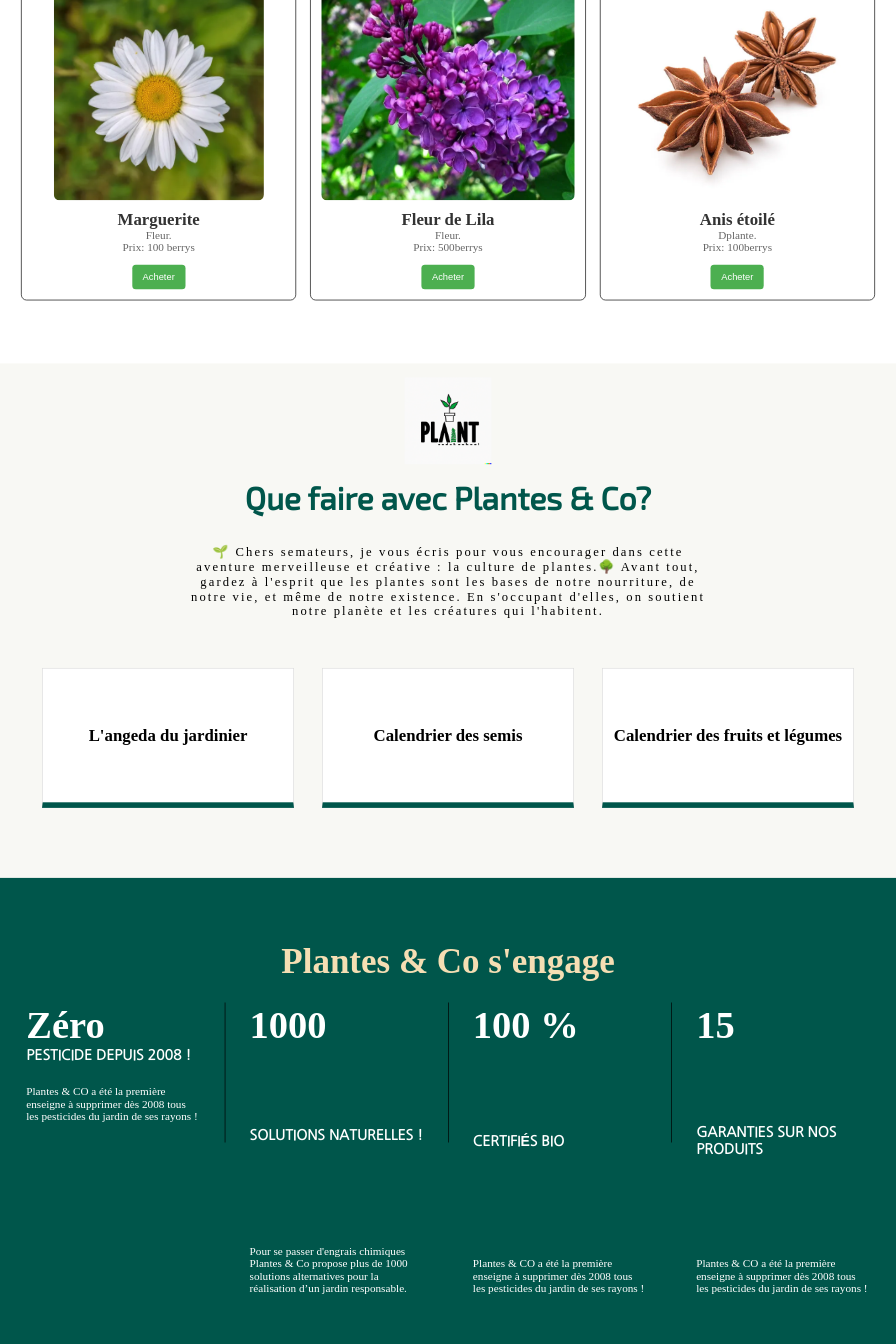
Repository: Flexo874/ISITECH-HTML-CSS
Page: index.html
An editor plug-in stored every save of this project. The page is shown before and after the next save, followed by the edit.
The browser window is 1280 px wide. The pictures show the part of the page from y = 1543 to 3463 px (the page is 3463 px tall), at 70% of full size.
Some web fonts or font styles are not loaded; a fallback is used.

Above is the page before, as saved 2024-01-03 16:53:51.

### index.html
<!DOCTYPE html>
<html>
<head>
    <title>Plantes & Co</title>
    <link rel="preconnect" href="https://fonts.googleapis.com">
<link rel="preconnect" href="https://fonts.gstatic.com" crossorigin>
<link href="https://fonts.googleapis.com/css2?family=Exo+2&family=Macondo&family=Nanum+Gothic&display=swap" rel="stylesheet">
     <link rel="stylesheet" type="text/css" href="./style.css">
     <link rel="stylesheet" type="text/css" href="./engagement.css">
     <link rel="stylesheet" type="text/css" href="./instructions.css">
     <link rel="preconnect" href="https://fonts.googleapis.com">
     <link rel="preconnect" href="https://fonts.gstatic.com" crossorigin>
     <link href="https://fonts.googleapis.com/css2?family=Exo+2&display=swap" rel="stylesheet">
     <link rel="preconnect" href="https://fonts.googleapis.com">
     <link rel="preconnect" href="https://fonts.gstatic.com" crossorigin>
     <link href="https://fonts.googleapis.com/css2?family=Exo+2&family=Macondo&display=swap" rel="stylesheet">
</head>
<body>
    <ul>
        <li><a href="#home">Home</a></li>
        <li><a href="#news">News</a></li>
        <li><a href="#contact">Contact</a></li>
        <li><a href="#about">About</a></li>
    </ul>


    <div class="plant-img">
        <img src="images/Step-8-If-You-Want-You-Can-Train-Your-Cannabis-Plants-To-Increase-Yield.webp">
    </div>

    <h1 > Best Sellers</h1>



    <div class="container">

            <div class="item">
                <a>
                <img src="images/semis-prêt-à-être-planté-dans-le-jardin.webp" alt="Logo">
                <p>Lorem ipsum dolor sit amet, consectetur adipiscing elit, sed do eiusmod tempor incididunt ut labore et dolore magna aliqua. Ut enim ad minim veniam, quis nostrud exercitation ullamco laboris nisi ut aliquip ex ea commodo consequat. Duis aute irure dolor in reprehenderit in voluptate velit esse cillum dolore eu fugiat nulla pariatur. Excepteur sint occaecat cupidatat non proident, sunt in culpa qui officia deserunt mollit anim id est laborum.</p>
                </a>
            </div>
            <div class="item">
                <a>
                <img src="images/semis-prêt-à-être-planté-dans-le-jardin.webp" alt="Logo">
                <p>Lorem ipsum dolor sit amet, consectetur adipiscing elit, sed do eiusmod tempor incididunt ut labore et dolore magna aliqua. Ut enim ad minim veniam, quis nostrud exercitation ullamco laboris nisi ut aliquip ex ea commodo consequat. Duis aute irure dolor in reprehenderit in voluptate velit esse cillum dolore eu fugiat nulla pariatur. Excepteur sint occaecat cupidatat non proident, sunt in culpa qui officia deserunt mollit anim id est laborum.</p>
                </a>
            </div>
            <div class="item">
                <a>
                <img src="images/semis-prêt-à-être-planté-dans-le-jardin.webp" alt="Logo">
                <p>Lorem ipsum dolor sit amet, consectetur adipiscing elit, sed do eiusmod tempor incididunt ut labore et dolore magna aliqua. Ut enim ad minim veniam, quis nostrud exercitation ullamco laboris nisi ut aliquip ex ea commodo consequat. Duis aute irure dolor in reprehenderit in voluptate velit esse cillum dolore eu fugiat nulla pariatur. Excepteur sint occaecat cupidatat non proident, sunt in culpa qui officia deserunt mollit anim id est laborum.</p>
                </a>
            </div>
    </div>

    <section class="produits">
        <!-- Produit 1 -->
        <div class="produit">
            <img src="images/Leucanthemum_vulgare.webp" alt="Produit 1">
            <h3>Marguerite</h3>
            <p>Fleur.</p>
            <p>Prix: 100 berrys</p>
            <button>Acheter</button>
        </div>
        <div class="produit">
            <img src="images/1676375528_249_Belle-signification-et-symbolisme-de-la-couleur-de-la-fleur.webp" alt="Produit 1">
            <h3>Fleur de Lila</h3>
            <p>Fleur.</p>
            <p>Prix: 500berrys </p>
            <button>Acheter</button>
        </div>
        <div class="produit">
            <img src="images/anis-étoilé-spice-de-fruits-et-de-graines-isolé-sur-fond-blanc.webp" alt="Produit 1">
            <h3>Anis étoilé</h3>
            <p>Dplante.</p>
            <p>Prix: 100berrys</p>
            <button>Acheter</button>
        </div>

    </section>


    <section class="instructions">
        <div class="logo">
        <img src="images/DALL·E 2024-01-03 10.05.32 - a simple logo for a plant shop.png" alt="Logo">
        </div>
        <div class="titre">
            <h2>Que faire avec Plantes & Co?</h2>
        </div>
        <div class="description">
            <p>🌱 Chers semateurs, je vous écris pour vous encourager dans cette aventure
                 merveilleuse et créative : la culture de plantes.🌳 Avant tout, gardez à l'esprit que les plantes sont les bases de notre nourriture, de notre vie, et même de notre existence. En s'occupant d'elles, on soutient notre planète et les créatures qui l'habitent.</p>
          </div>
        <div class="categories">
            <div class="calendar">
                <h3>L'angeda du jardinier</h3>
            </div>
            <div class="calendar">
                <h3>Calendrier des semis</h3>
            </div>
            <div class="calendar">
                <h3>Calendrier des fruits et légumes</h3>
            </div>
        </div>
    </section>




    <section class="engagement">
        <div class="titre2">
            <h2>Plantes & Co s'engage</h2>
        </div>
        <div class="cat">
            <div class="eng">
                <div>
                    <h3>Zéro</h3>
                    <h4>PESTICIDE DEPUIS 2008 !</h4>
                </div>
                <div class="test">
                    <p>Plantes & CO a été la première enseigne à supprimer dès 2008 tous les pesticides du jardin de ses rayons !</p>
                </div>
             </div>
            <div class="separator"></div>
            <div class="eng">
                <h3>1000</h3>
                <h4>SOLUTIONS NATURELLES !</h4>
                <p>Pour se passer d'engrais chimiques Plantes & Co propose plus de 1000 solutions alternatives pour la réalisation d’un jardin responsable.</p>
            </div>
            <div class="separator"></div>
            <div class="eng">
                <h3>100 %</h3>
                <h4>CERTIFIÉS BIO</h4>
                <p>Plantes & CO a été la première enseigne à supprimer dès 2008 tous les pesticides du jardin de ses rayons !</p>
            </div>
            <div class="separator"></div>

            <div class="eng">
                <h3>15</h3>
                <h4>GARANTIES SUR NOS PRODUITS</h4>
                <p>Plantes & CO a été la première enseigne à supprimer dès 2008 tous les pesticides du jardin de ses rayons !</p>
            </div>
        </div>

    </section>





</body>
</html>

### style.css
* {
  margin: 0;
  padding: 0;
}
ul {
  list-style-type: none;
  margin: 0;
  padding: 0;
  overflow: hidden;
  background-image: linear-gradient(
    109.6deg,
    rgba(61, 131, 97, 1) 11.2%,
    rgba(28, 103, 88, 1) 91.1%
  );
  display: flex;
  list-style: none;
  box-sizing: border-box;
  justify-content: center;
}

li {
  position: relative;
}

li a {
  display: block;
  color: white;
  text-align: center;
  padding: 18px 16px;
  text-decoration: none;
  font-size: 15px;
  transition: 0.4s ease-in-out;
  position: center;
  font-family: "Noto Mono", monospace;
}

li a:hover {
  background-color: #111;
  border-radius: 5px;
}

.plant-img img {
  width: 100%;
  height: 600px;
  object-fit: cover;
  overflow: hidden;
}

h1 {
  padding: 40px;
  padding-bottom: 0;
  margin-bottom: 0;
  margin-top: 60px;
  text-align: center;
  font-weight: bold;
  font-size: 60px;
}

.container {
  display: flex;
  grid-template-columns: repeat(3, 1fr);
  grid-auto-rows: minmax(300px, auto);
  gap: 10px;
  padding: 10px;
  margin-top: 0;
  margin: 8%;
  padding-top: 0;
}

.item {
  align-items: center;
  justify-content: center;
  border-radius: 10px;
  display: flex;
  justify-content: center;
  align-items: center;
  background-color: #556b2f;
}

.item a {
  margin: 7px;
}

.item a:hover {
  color: white;
}

.item img {
  max-width: 100%;
  height: auto;
}

.item p {
  margin-top: 10px;
  text-align: center;
  color: white;
  font-family: "Noto Mono", monospace;
  font-size: 14px;
}

.produits {
  display: flex;
  flex-wrap: wrap;
  justify-content: space-around;
  padding: 20px;
}

.produit {
  background-color: #fff;
  border: 1px solid #ddd;
  border-radius: 8px;
  border-color: #111;
  margin: 10px;
  padding: 15px;
  text-align: center;
  transition: transform 0.3s ease-in-out;
  width: calc(33.33% - 20px);
  box-sizing: border-box;


}

.produit:hover {
  transform: scale(1.05);
}

.produit img {
  max-width: 100%;
  height: 300px;
  border-radius: 8px;
}

.produit h3 {
  margin-top: 10px;
  font-size: 1.5em;
  color: #333;
}

.produit p {
  color: #666;
}

.produit button {
  background-color: #4caf50;
  color: #fff;
  padding: 10px 15px;
  border: none;
  border-radius: 5px;
  cursor: pointer;
  margin-top: 15px;
}

.produit button:hover {
  background-color: #45a049;
}

### engagement.css
.engagement{
    padding: 20px ;

    background-color:#00564B;
}

.titre2{
    margin-top: 70px;
    text-align: center  ;
}
.engagement > .titre2 h2{
    font-family: 'Exo 2', sans-serif;
    font-family: 'Macondo', cursive;
    color:wheat;
    font-size: 50px;
}

.cat{
    display: flex;
    flex-wrap: wrap;
    justify-content: space-around;
    align-items: top;
    width: 100%;
    margin-top: 30px;
    margin-bottom: 50px;
    text-align:left;
    flex-direction:row;
    border-color: 8px solid black;


}

.test {
    height: 300px;
}

.eng {
    width: 20%;
    justify-content: space-between ;
    display:flex ;
    flex-direction: column;
}

.eng h3{
    font-size: 55px;
    color:white;
    display: block;
}

.eng h4{
    font-size: 20px;
    color:white;
    margin-bottom: 30px;
    font-family: 'Exo 2', sans-serif;
    font-family: 'Macondo', cursive;
    font-family: 'Nanum Gothic', sans-serif;
    display: block;
}

.eng p{
    color:white;
}

.separator{
    height: 200px;
    width: 1px;
    background-color: black;
}

### instructions.css
.instructions{
    padding: 20px ;
    margin-top: 60px;
    background-color:#F8F8F4;

}

.logo{
    display: flex;
    justify-content: center;
    align-items:center;
}

.logo img {
    width: 10%;

}



 .titre {
  margin-top: 20px;
  text-align: center;
  font-weight: bold;
  color:#00564B;
  font-size: 30px;
  width: 100%;
}

.titre h2{
    font-family: 'Exo 2', sans-serif;
}

.description{
    display: flex;
    margin: 40px;
    text-align: center;
    margin-left: 20%;
    margin-right: 20%;
}

.description p{
    letter-spacing: 3px;
    font-size: 18px;

}


.categories{
    display: flex;
    flex-wrap: wrap;
    justify-content: space-around;
    padding: 20px;
    align-items: center;

    margin-top: 30px;
    margin-bottom: 50px;
}

.calendar{
    background-color: #fff;
  border: 1px solid #ddd;


  margin: 10px;
  padding: 15px;
  text-align: center;
  transition: transform 0.3s ease-in-out;
  width: calc(33.33% - 20px);
  box-sizing: border-box;
  height: 200px;
  width: 30%;
  display: flex;
  flex-direction: column;
  justify-content: space-around;
  border-bottom: solid 8px #00564B;
  transition: border 200ms ease-in-out;
}

.calendar:hover {
    border: solid 8px #00564B;
}

.calendar > h3 {
    font-size: 24px;

}

After the next save:
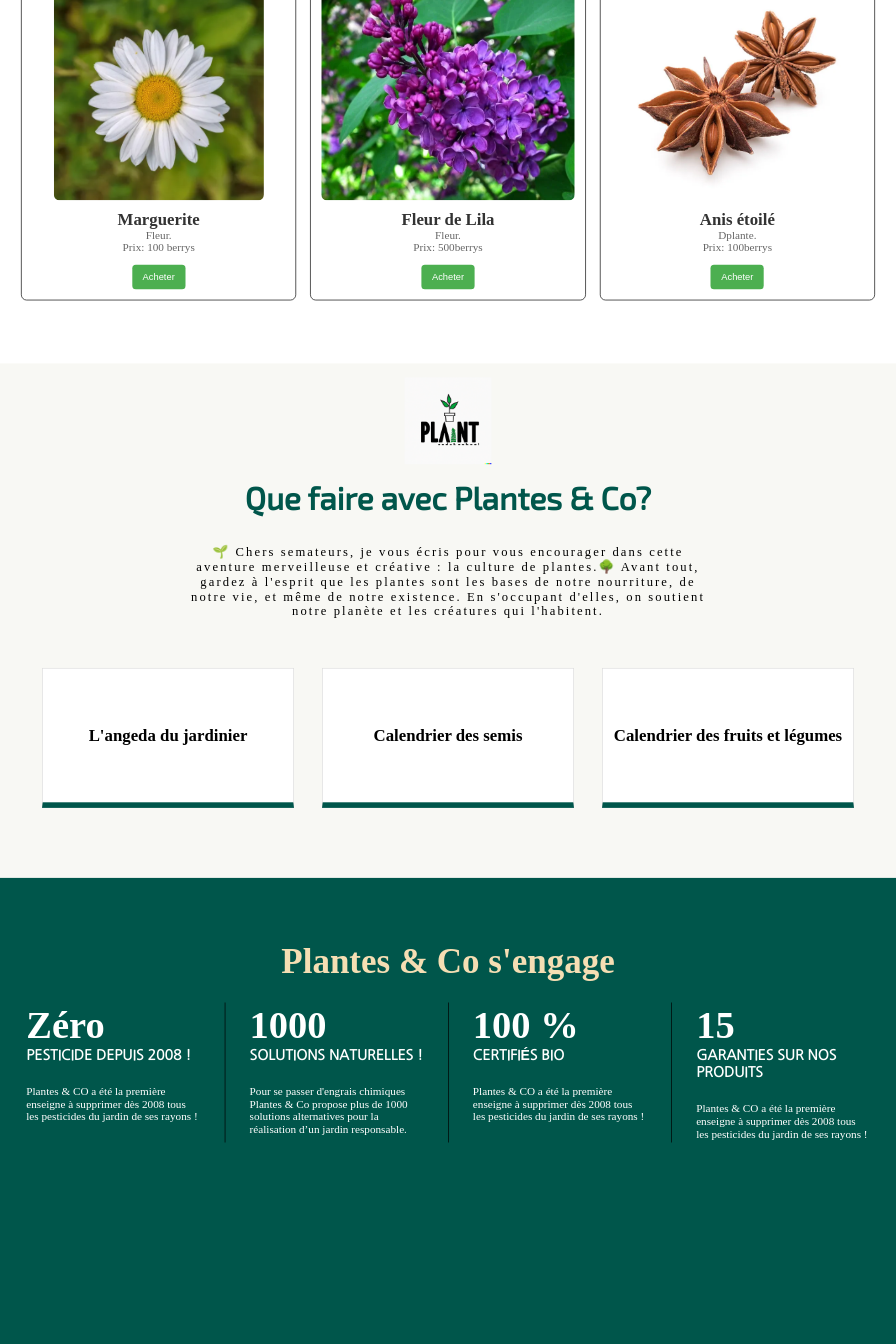
Saved 6 s later.
--- a/engagement.css
+++ b/engagement.css
@@ -36,9 +36,6 @@
 
 .eng {
     width: 20%;
-    justify-content: space-between ;
-    display:flex ;
-    flex-direction: column;
 }
 
 .eng h3{
